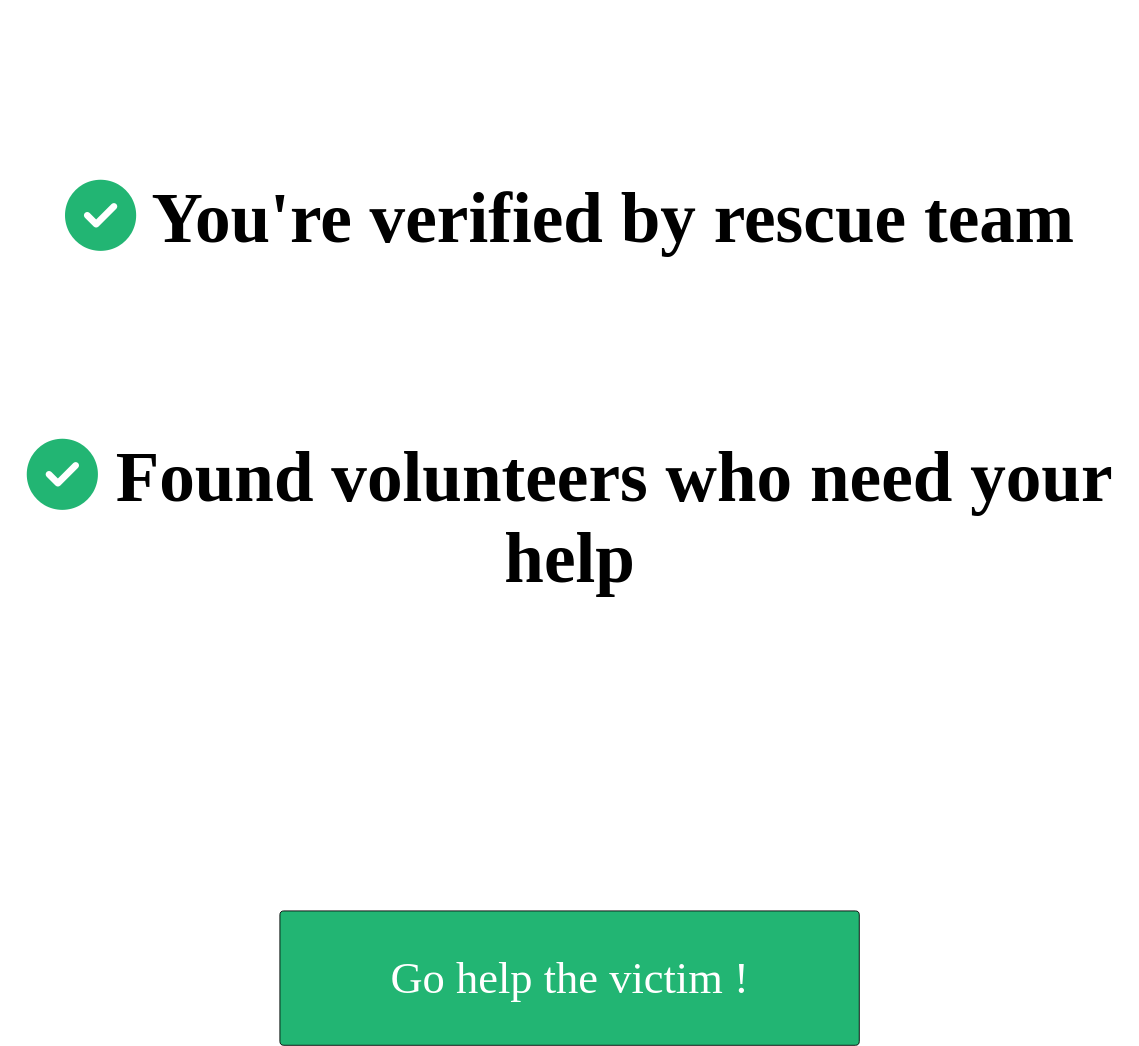
Repository: KittichoteKamalapirat/EMS-management-system
Page: approve.html
The author's editor kept a record of every edit. The page is drawn from the files as they stood at one moment, then again after the next edit.
The browser window is 1280 px wide. The pictures show the whole page, at 89% of full size.
Some web libraries are served in a nearby version.

Above is the page before.

### approve.html
<!DOCTYPE>
<html>
<head>
   <meta charset = "utf-8">
   <link rel = "stylesheet" href="/css/index.css" type="text/css" />
   <script src="https://use.fontawesome.com/804afe4c6e.js"></script>
</head>
<body>
    <div class = "finished">
        <h2 class = "can"><i class="fa fa-check-circle fa " ></i> You're verified by rescue team</h2>
        <h2 class = "can1"><i class="fa fa-check-circle fa " ></i> Found volunteers who need your help</h2>
        <div class = "thanks">
            <!--<i class="fa fa-check-circle fa-3x " ></i>-->
        </div>
        <a class="go" href="/map">Go help the victim ! </a>
    </div>

</body>
</html>

### public/css/index.css
body {
  background:white;
}

  /* Always set the map height explicitly to define the size of the div
       * element that contains the map. */
      #map {
        height: 100%;
      }
      /* Optional: Makes the sample page fill the window. */
      html, body {
        height: 100%;
        margin: 0;
        padding: 0;
      }


/*modal box*/

.head-tag{
  margin-top: 40px;
}
.bg-modal {
  width:100%;
  height: 100%;
  background-color: rgba(0, 0, 0, 0.8);
  position: absolute;
  top: 0;
  display: none;
  justify-content: center;
  align-items: center; }


.bg-modal .close {
  position: absolute;
  font-size: 3rem;
　right: 1rem;
  top: 0, 5rem;
  transform: rotate(45deg);
  cursor: pointer; }


.box{
  display: grid¥;
  justify-content: center;
  margin: 0 auto;
  padding: 5rem;
  width: 50%;
  background-color: white;
  position: relative;
 }

 /*html1について*/
.header {
  height: 100px;
  width:100%;

}
.splet-boxes {
  margin-top: 40px;
}

.left-box {
  margin-left:5%;
  font-size: 80px;
  float: left;
  width:40%;
  text-align: center;
  cursor: pointer;
  line-height: 300px;
  border-radius: 4px;
  border: 2px solid black;
}
p {
  font-weight: bold;

}

.right-box {
  margin-right:5%;
  font-size: 80px;
  float: right;
  width:40%;
  text-align: center;
  line-height: 300px;
  cursor: pointer;
  border-radius: 4px;
  border: 2px solid black;
}
.left-box:hover {
  background: #FF0000;
  opacity: 0.7;

}
.right-box:hover {
  background: #66FF99;
  opacity: 0.7;
}


/*html２について*/
.select-skill {
  font-size: 100px;
  text-align: center;
  font-weight: bold;
  margin-top: 100px;
}
li > input {
  position:relative;
   width: 50px;
   height:50px;
  float: left;
  margin: 50px 40px 0 20px;
  transform:scale(1.5);
}

.scrollWrap {
  width: 100%;
  margin: 0px auto;
  overflow: auto;
}
.scrollContent ul {
  margin-top: 50px;
  list-style: none;
  background: white;
  padding: 0;
  position: relative;
}
.scrollContent ul li {
  margin-bottom: 30px;
  font-size: 30px;
  height: 150px;
  line-height: 150px;
  border:1px solid black;
  border-left: solid 6px #2d8fdd;
  position: relative;
}
.selected {
  background: rgb(34,181,115,0.7);
}
/*スクロールバーの幅*/
::-webkit-scrollbar {
    width: 6px;
}
/*スクロールバーのレール*/
::-webkit-scrollbar-track {
  border-radius: 30px;
  background: #eee;
}
/*スクロールバーのつまみ*/
::-webkit-scrollbar-thumb {
  border-radius: 30px;
  background: #81D4FA;
}

a {
  text-decoration: none;
}

#decide {
  margin:100px auto 100px;
  font-size: 60px;
  width: 600px;
  padding: 20px 60px 30px 60px;
  text-align: center;
  display: block;
  color: white;
  background: rgb(34,181,115);
　font-size: 70px;
　border-radius: 20px;
　text-align: center;
　line-height: 100px;
}


/*html3について*/


h1 {
  text-align: center;
  font-size: 100px;
}


h2 {
  text-align: center;
  font-size: 80px;
}


h3 {
  text-align: center;
  font-size: 50px;
}


.loading {
  margin-top: 300px;
}

.icon {
  margin: 0 auto;
  width: 100%;
  text-align: center;
  font-size: 100px;
  transition: .4s;
}
.wait {
  margin-top: 200px;
}
.thanks {
  margin: 0 auto;
  width: 100%;
  text-align: center;
  font-size: 100px;
}

.container{
    margin: 0 auto;
    text-align:center;
}
.can {
  margin-top: 200px;
}
.can1 {
  margin-top: 200px;
}

#loading{
    margin: 0 auto;
    display: block;
    width: 400px;
}
.fa-check-circle:before {
  color: rgb(34,181,115);
}

.go {
  margin:350px auto 100px;
  text-decoration: none;
  text-align: center;
  font-size: 50px;
  border:1px solid black;
  border-radius: 5px;
  display: block;
  color:white;
  background: rgb(34,181,115);
  width:650px;
  height: 150px;
  line-height: 150px;
}


/*direction button for map page*/

#map{
  position: fixed;
  z-index:0;
}
.direction-button{
  font-size: 20px;
  position: relative;
  color: white;
  bottom: 60px;
  left: 20px;
  z-index:10;
  padding: 10px 20px;
  border-radius: 5px;
  background-color: rgb(0,113,188);
  box-shadow: 5px 5px 5px rgba(0, 0, 0, .5);
}

.people{
  height: 300px;
  margin-bottom: 100px;
}

After the next edit:
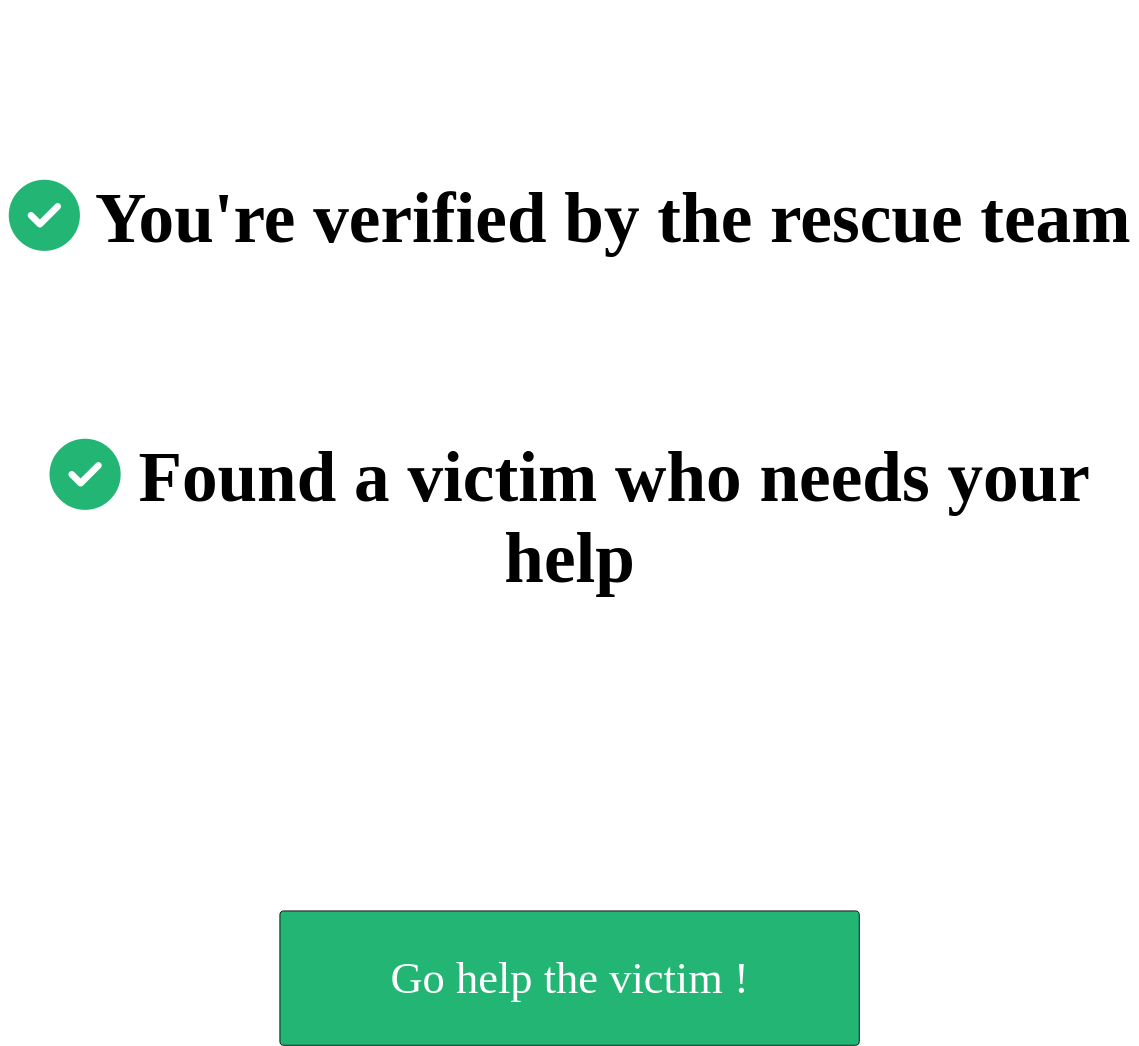
The edit:
--- a/approve.html
+++ b/approve.html
@@ -7,8 +7,8 @@
 </head>
 <body>
     <div class = "finished">
-        <h2 class = "can"><i class="fa fa-check-circle fa " ></i> You're verified by rescue team</h2>
-        <h2 class = "can1"><i class="fa fa-check-circle fa " ></i> Found volunteers who need your help</h2>
+        <h2 class = "can"><i class="fa fa-check-circle fa " ></i> You're verified by the rescue team</h2>
+        <h2 class = "can1"><i class="fa fa-check-circle fa " ></i> Found a victim who needs your help</h2>
         <div class = "thanks">
             <!--<i class="fa fa-check-circle fa-3x " ></i>-->
         </div>
